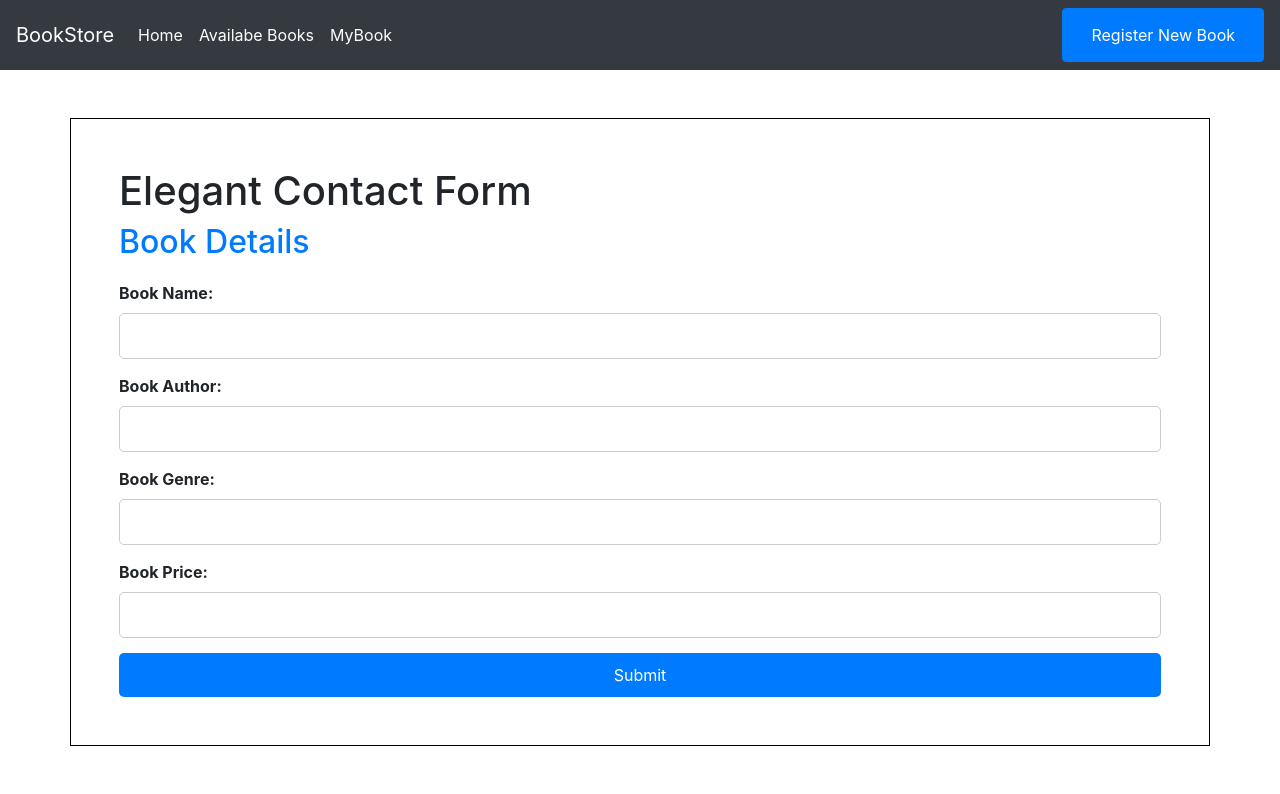
Repository: Sumanta-Sahoo/BookStoreApp
Page: bookstore/src/main/resources/static/bookRegister.html
The author's editor kept a copy of each file at every save. The page is drawn from the files as they stood at one save, then again after the next save.
The browser window is 1280 px wide. The pictures show the whole page.

Above is the page before, as saved 2024-03-15 11:55:54.

### bookstore/src/main/resources/static/bookRegister.html
<!doctype html>
<html lang="en">

<head>
	<!-- Required meta tags -->
	<meta charset="utf-8">
	<meta name="viewport" content="width=device-width, initial-scale=1, shrink-to-fit=no">

	<!-- Bootstrap CSS -->
	<link rel="stylesheet" href="https://cdn.jsdelivr.net/npm/bootstrap@4.4.1/dist/css/bootstrap.min.css"
		integrity="sha384-Vkoo8x4CGsO3+Hhxv8T/Q5PaXtkKtu6ug5TOeNV6gBiFeWPGFN9MuhOf23Q9Ifjh" crossorigin="anonymous">

	<title>BookStore</title>
</head>

<body>
	<nav class="navbar navbar-expand-lg navbar-light bg-dark">
		<a class="navbar-brand text-white" href="#">BookStore</a>
		<button class="navbar-toggler" type="button" data-toggle="collapse" data-target="#navbarSupportedContent"
			aria-controls="navbarSupportedContent" aria-expanded="false" aria-label="Toggle navigation">
			<span class="navbar-toggler-icon"></span>
		</button>

		<div class="collapse navbar-collapse" id="navbarSupportedContent">
			<ul class="navbar-nav mr-auto">
				<li class="nav-item active">
					<a class="nav-link text-white" href="#">Home<span class="sr-only">(current)</span></a>
				</li>
				<li class="nav-item">
					<a class="nav-link text-white" href="availabe_books">Availabe Books</a>
				</li>
				<li class="nav-item">
					<a class="nav-link text-white" href="my_books">MyBook</a>
				</li>
			</ul>
			<div>
				<button type="button" class="btn btn-primary"><a class="nav-link text-white"
						href="bookRegister">Register New Book</a></button>
			</div>

		</div>
	</nav>

	<div class="container my-5 p-5" style="border:1px solid black;">
		<h1>Elegant Contact Form</h1>
		<h2 style="margin-bottom: 20px; color: #007bff;">Book Details</h2>

		<form>
			<div style="margin-bottom: 15px;">
				<label for="bookName" style="display: block; font-weight: bold;">Book Name:</label>
				<input type="text" id="bookName" name="bookName"
					style="width: 100%; padding: 10px; font-size: 16px; border-radius: 5px; border: 1px solid #ccc; box-sizing: border-box;">
			</div>

			<div style="margin-bottom: 15px;">
				<label for="bookAuthor" style="display: block; font-weight: bold;">Book Author:</label>
				<input type="text" id="bookAuthor" name="bookAuthor"
					style="width: 100%; padding: 10px; font-size: 16px; border-radius: 5px; border: 1px solid #ccc; box-sizing: border-box;">
			</div>

			<div style="margin-bottom: 15px;">
				<label for="bookGenre" style="display: block; font-weight: bold;">Book Genre:</label>
				<input type="text" id="bookGenre" name="bookGenre"
					style="width: 100%; padding: 10px; font-size: 16px; border-radius: 5px; border: 1px solid #ccc; box-sizing: border-box;">
			</div>

			<div style="margin-bottom: 15px;">
				<label for="bookPrice" style="display: block; font-weight: bold;">Book Price:</label>
				<input type="text" id="bookPrice" name="bookPrice"
					style="width: 100%; padding: 10px; font-size: 16px; border-radius: 5px; border: 1px solid #ccc; box-sizing: border-box;">
			</div>

			<button type="submit"
				style="display: block; width: 100%; padding: 10px; font-size: 16px; border: none; border-radius: 5px; background-color: #007bff; color: #fff; cursor: pointer; transition: background-color 0.3s;">
				Submit
			</button>
		</form>
	</div>
	<!--
	<form>
		<div class="form-group">
			<label for="exampleInputEmail1">Email address</label>
			<input type="email" class="form-control" id="exampleInputEmail1" aria-describedby="emailHelp"
				placeholder="Enter email">
			<small id="emailHelp" class="form-text text-muted">We'll never share your email with anyone else.</small>
		</div>
		<div class="form-group">
			<label for="exampleInputPassword1">Password</label>
			<input type="password" class="form-control" id="exampleInputPassword1" placeholder="Password">
		</div>
		<div class="form-check">
			<input type="checkbox" class="form-check-input" id="exampleCheck1">
			<label class="form-check-label" for="exampleCheck1">Check me out</label>
		</div>
		<button type="submit" class="btn btn-primary">Submit</button>
	</form> -->

	<!-- Optional JavaScript -->
	<!-- jQuery first, then Popper.js, then Bootstrap JS -->
	<script src="https://code.jquery.com/jquery-3.4.1.slim.min.js"
		integrity="sha384-J6qa4849blE2+poT4WnyKhv5vZF5SrPo0iEjwBvKU7imGFAV0wwj1yYfoRSJoZ+n"
		crossorigin="anonymous"></script>
	<script src="https://cdn.jsdelivr.net/npm/popper.js@1.16.0/dist/umd/popper.min.js"
		integrity="sha384-Q6E9RHvbIyZFJoft+2mJbHaEWldlvI9IOYy5n3zV9zzTtmI3UksdQRVvoxMfooAo"
		crossorigin="anonymous"></script>
	<script src="https://cdn.jsdelivr.net/npm/bootstrap@4.4.1/dist/js/bootstrap.min.js"
		integrity="sha384-wfSDF2E50Y2D1uUdj0O3uMBJnjuUD4Ih7YwaYd1iqfktj0Uod8GCExl3Og8ifwB6"
		crossorigin="anonymous"></script>
</body>

</html>

After the next save:
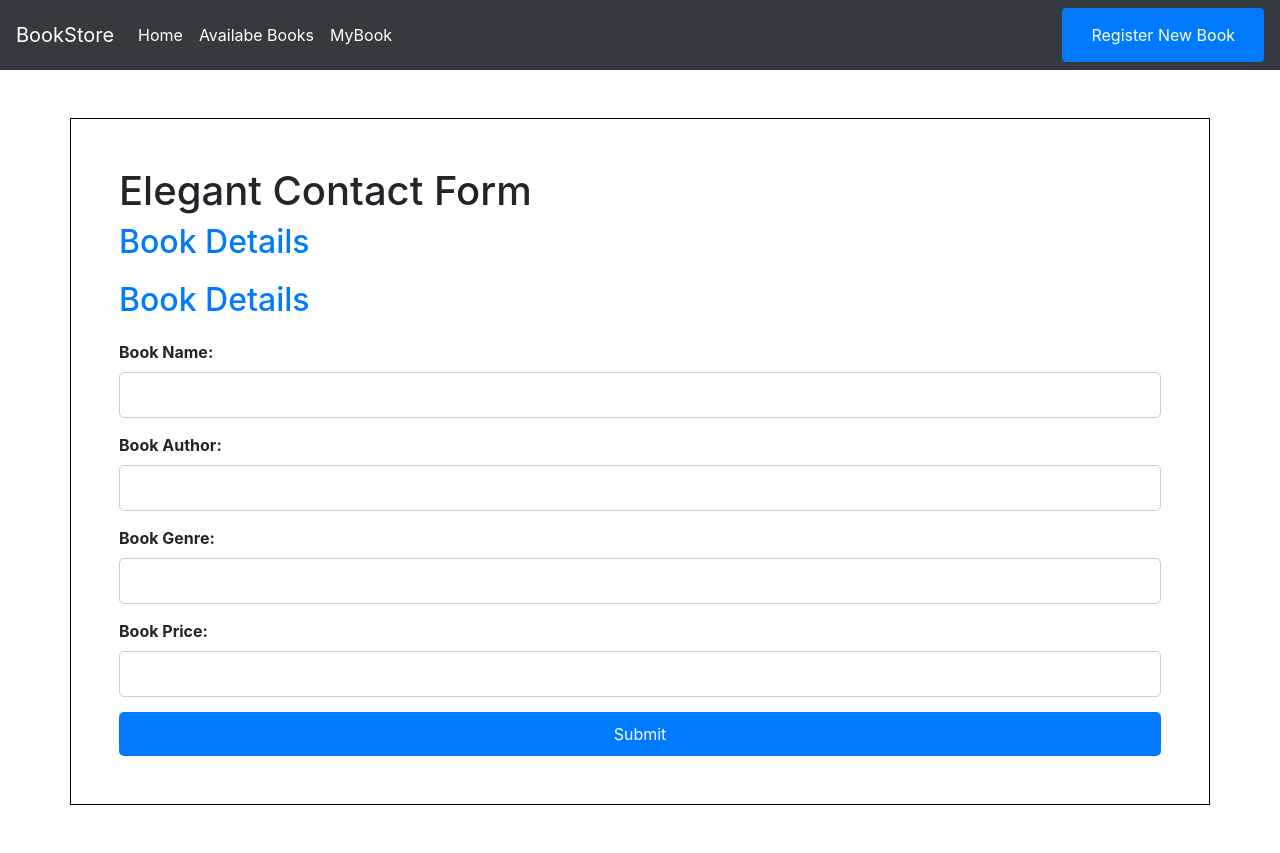
Saved 35 s later.
--- a/bookstore/src/main/resources/static/bookRegister.html
+++ b/bookstore/src/main/resources/static/bookRegister.html
@@ -43,6 +43,8 @@
 
 	<div class="container my-5 p-5" style="border:1px solid black;">
 		<h1>Elegant Contact Form</h1>
+		<h2 style="margin-bottom: 20px; color: #007bff;">Book Details</h2>
+
 		<h2 style="margin-bottom: 20px; color: #007bff;">Book Details</h2>
 
 		<form>
